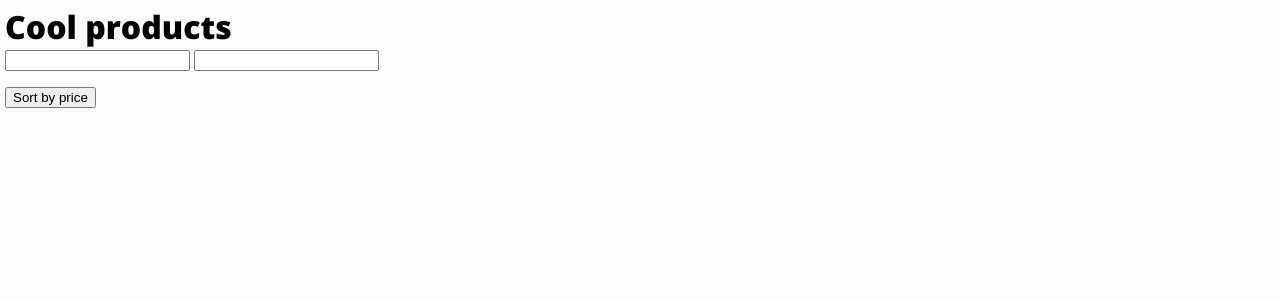
Repository: andrii1/hyf-homework
Page: javascript/javascript2/week2/hyf-bay/index.html
The author's editor kept a copy of each file at every save. The page is drawn from the files as they stood at one save, then again after the next save.
The browser window is 1280 px wide. The pictures show the whole page.

Above is the page before, as saved 2022-07-03 15:53:42.

After the next save:
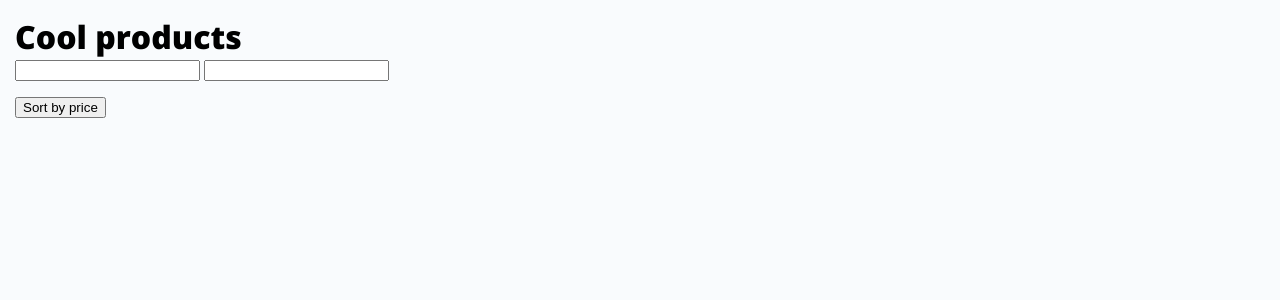
Saved 6 s later.
--- a/javascript/javascript2/week2/hyf-bay/main.css
+++ b/javascript/javascript2/week2/hyf-bay/main.css
@@ -17,4 +17,4 @@ ul {
     padding: 10;
 }
 
-main {padding:5}
+main {padding:15}
